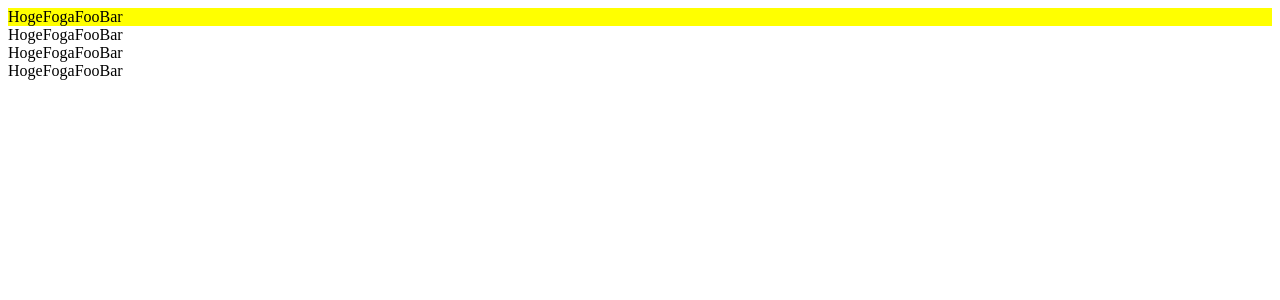
Repository: IkutoHiroki/samurai_HTML_CSS
Page: FlexboxSample1.html
The author's editor kept a record of every edit. The page is drawn from the files as they stood at one moment, then again after the next edit.
The browser window is 1280 px wide. The pictures show the whole page.

Above is the page before.

### FlexboxSample1.html
<!DOCTYPE html>
<html lang="ja">
<head>
    <meta charset="UTF-8">

    <title>Flexbox等の使い方</title>
    <style>
        #sort{
            display:flex;
            flex-direction:row;
            background-color:yellow;
        }

        #reverse{
            display:flex;
            flex-direction:;
            background-color:;
        }

        #column{
            display:flex;
            flex-direction:;
            background-color:;
        }

        #column-reverse{
            display:flex;
            flex-direction:;
            background-color:;
        }
    </style>
</head>
<body>
    <div id="sort">
        <div>Hoge</div>
        <div>Foga</div>
        <div>Foo</div>
        <div>Bar</div>
    </div>

    <div id="reverse">
        <div>Hoge</div>
        <div>Foga</div>
        <div>Foo</div>
        <div>Bar</div>
    </div>

    <div id="column">
        <div>Hoge</div>
        <div>Foga</div>
        <div>Foo</div>
        <div>Bar</div>
    </div>

    <div id="column-reverse">
        <div>Hoge</div>
        <div>Foga</div>
        <div>Foo</div>
        <div>Bar</div>
    </div>

</body>
</html>

After the next edit:
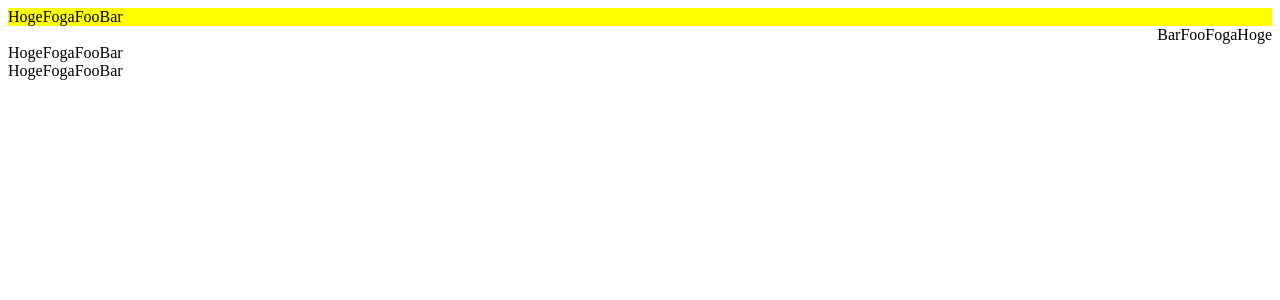
The edit:
--- a/FlexboxSample1.html
+++ b/FlexboxSample1.html
@@ -13,7 +13,7 @@
 
         #reverse{
             display:flex;
-            flex-direction:;
+            flex-direction:row-reverse;
             background-color:;
         }
 
